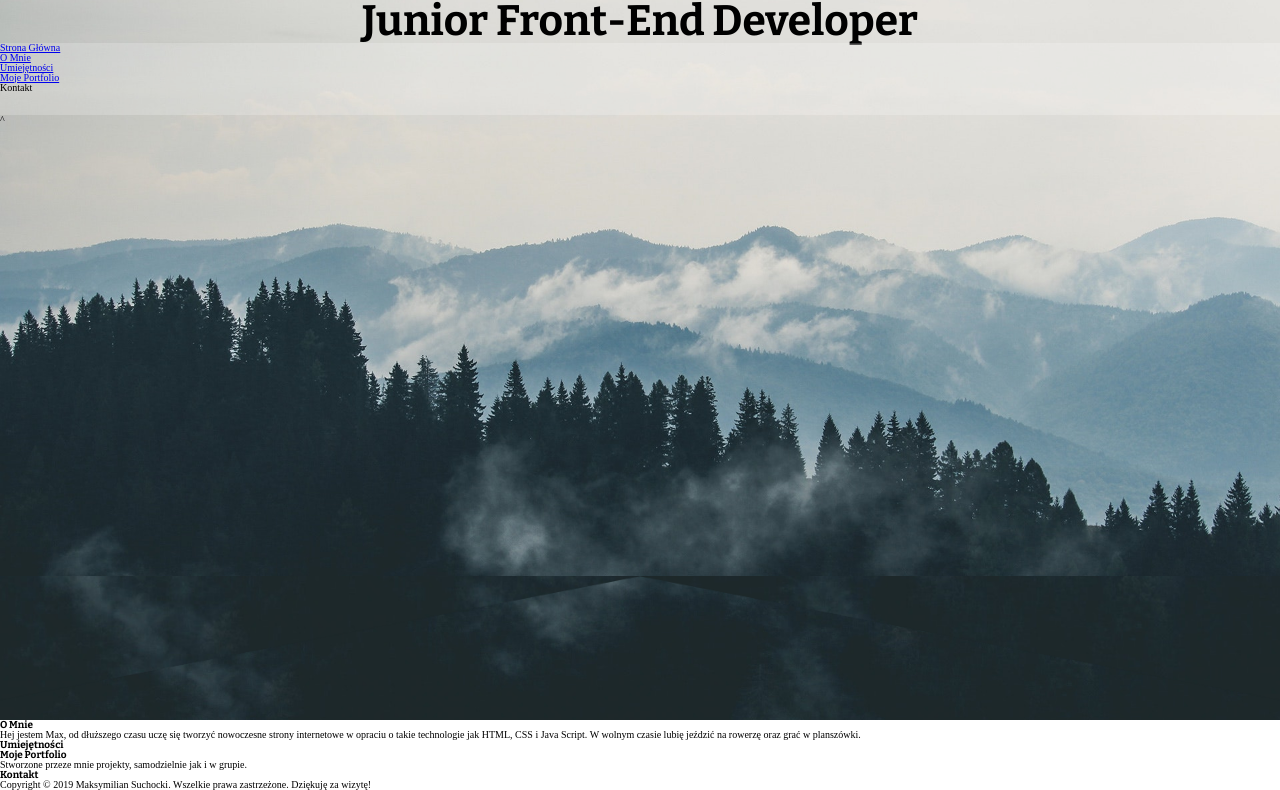
Repository: Maxs777/wizytowka
Page: index.html
The author's editor kept a copy of each file at every save. The page is drawn from the files as they stood at one save, then again after the next save.
The browser window is 1280 px wide. The pictures show the whole page.

Above is the page before, as saved 2019-03-10 12:59:45.

After the next save:
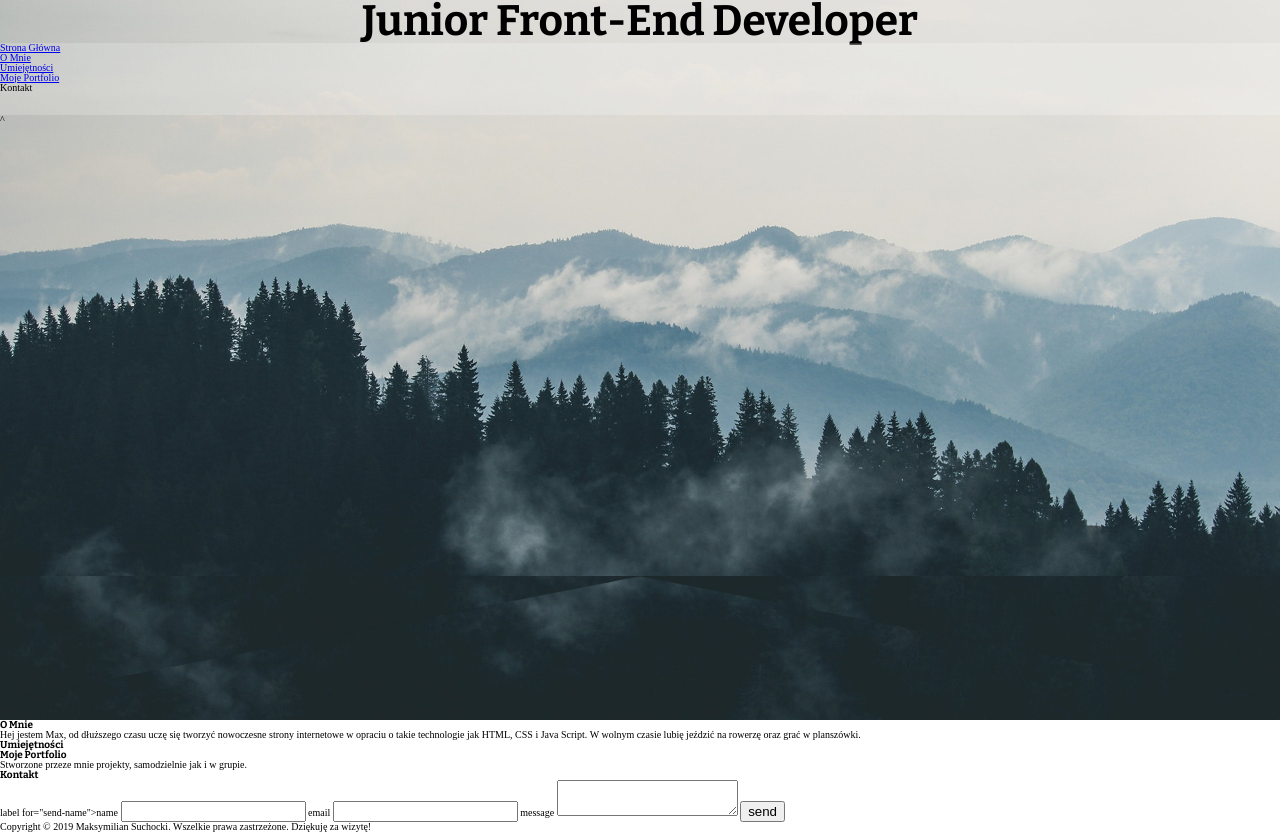
Saved 17 s later.
--- a/index.html
+++ b/index.html
@@ -53,7 +53,13 @@
             <section id="section4" class="contact">
                 <h2>Kontakt</h2>
                 <form action="">
-
+label for="send-name">name</label>
+<input type="name" id="send-name">
+<label for="send-email">email</label>
+<input type="email" id="send-email">
+<label for="message">message</label>
+<textarea id="message"></textarea>
+<button>send</button
                 </form>
             </section>
         </main>
